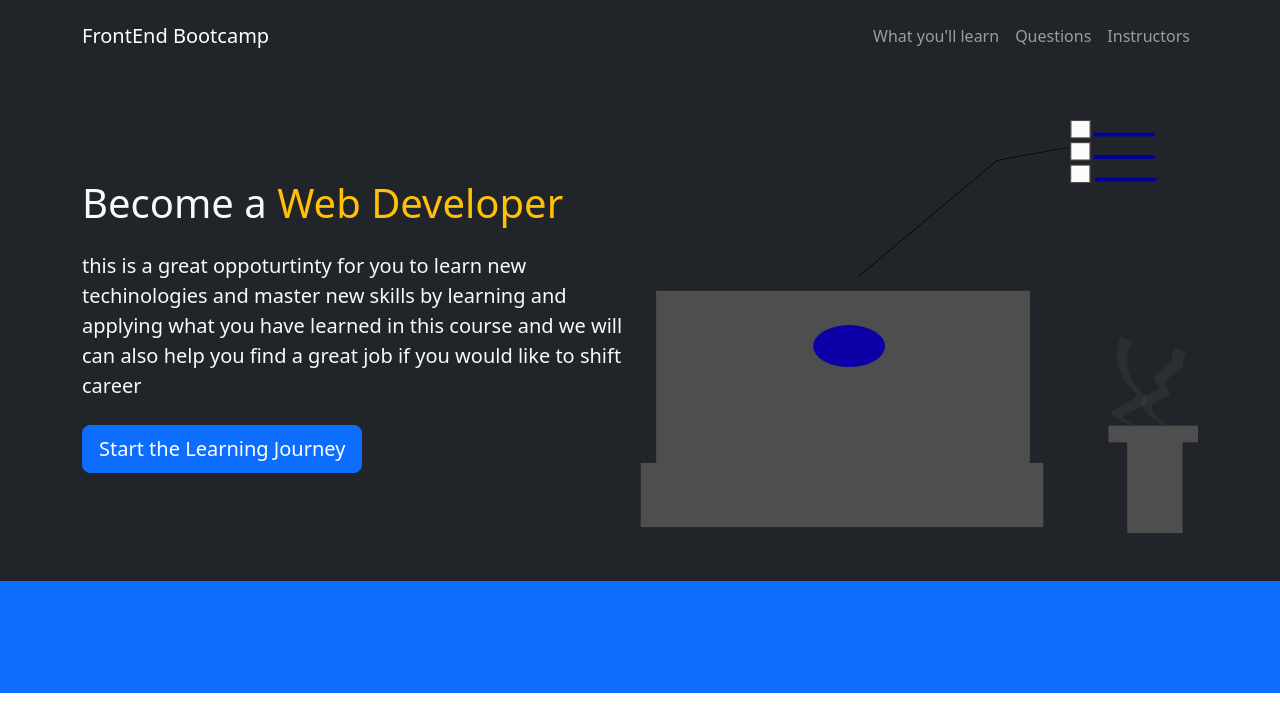
Repository: HaziimYassien/Front-End-BootCamp-__BootStrap-Project
Page: Front End BootCamp2/index.html
The author's editor kept a copy of each file at every save. The page is drawn from the files as they stood at one save, then again after the next save.
The browser window is 1280 px wide. The pictures show the whole page.

Above is the page before, as saved 2024-01-12 02:33:44.

After the next save:
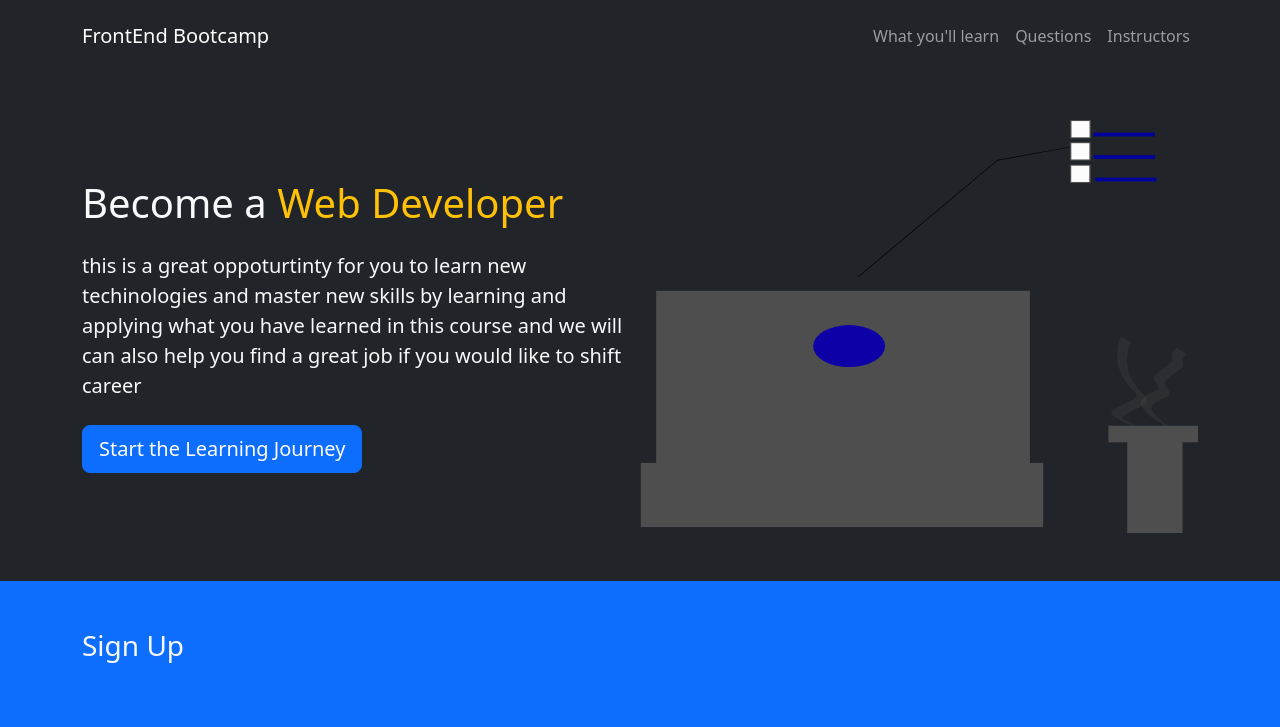
Saved 7 s later.
--- a/Front End BootCamp2/index.html
+++ b/Front End BootCamp2/index.html
@@ -72,7 +72,7 @@
     <section class="bg-primary text-light p-5">
       <div class="container">
         <div class="d-md-flex justify-content-between align-items-center">
-          <h3 class="mb-3 md-md-0"></h3>
+          <h3 class="mb-3 md-md-0">Sign Up</h3>
         </div>
       </div>
     </section>
